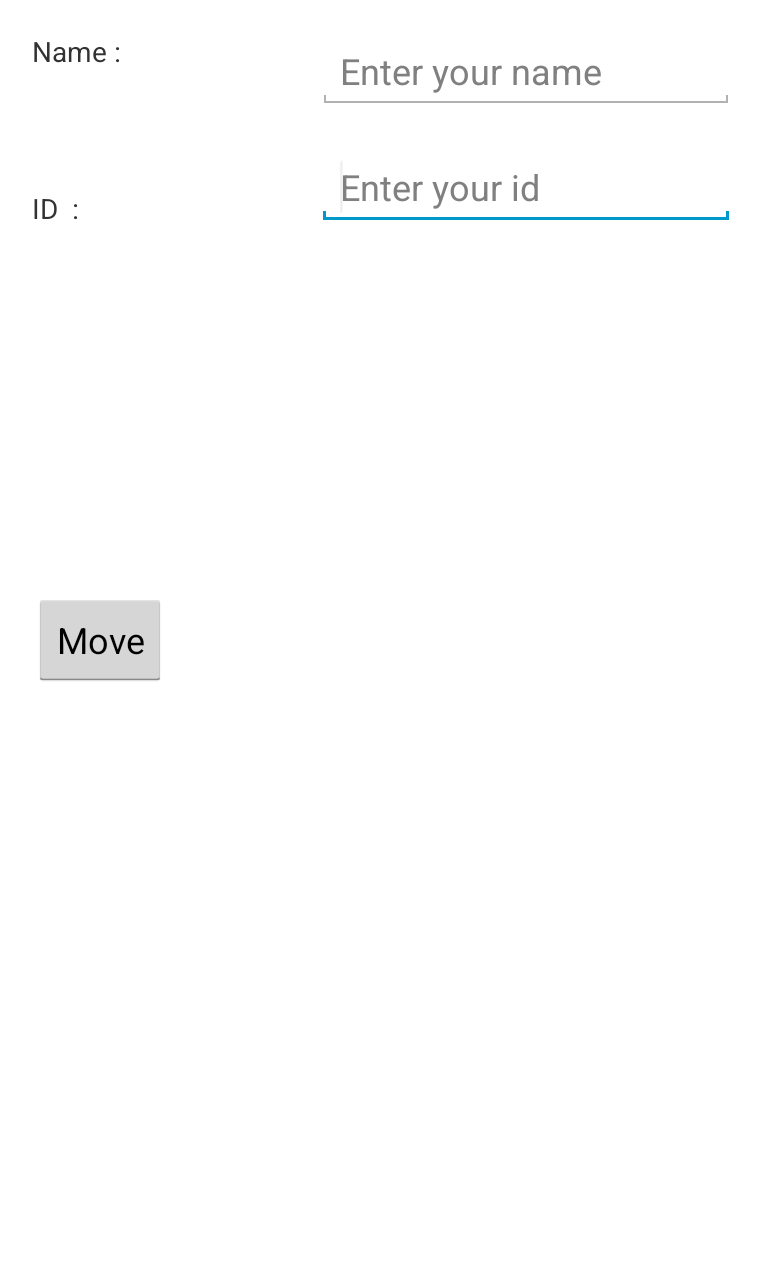
Repository: suzauddola/Android_Apps
Layout: Source/bundle/bandle/res/layout/first.xml
These files come from the project's save history. The layout is drawn as it stood at one moment and after the next save; the edit follows.
It is drawn on a 768 x 1280 px phone screen (xhdpi) without system bars, with theme AppTheme; the app's code is not run.

Above is the layout before, as saved 2013-09-05 02:11:12.

After the next save:
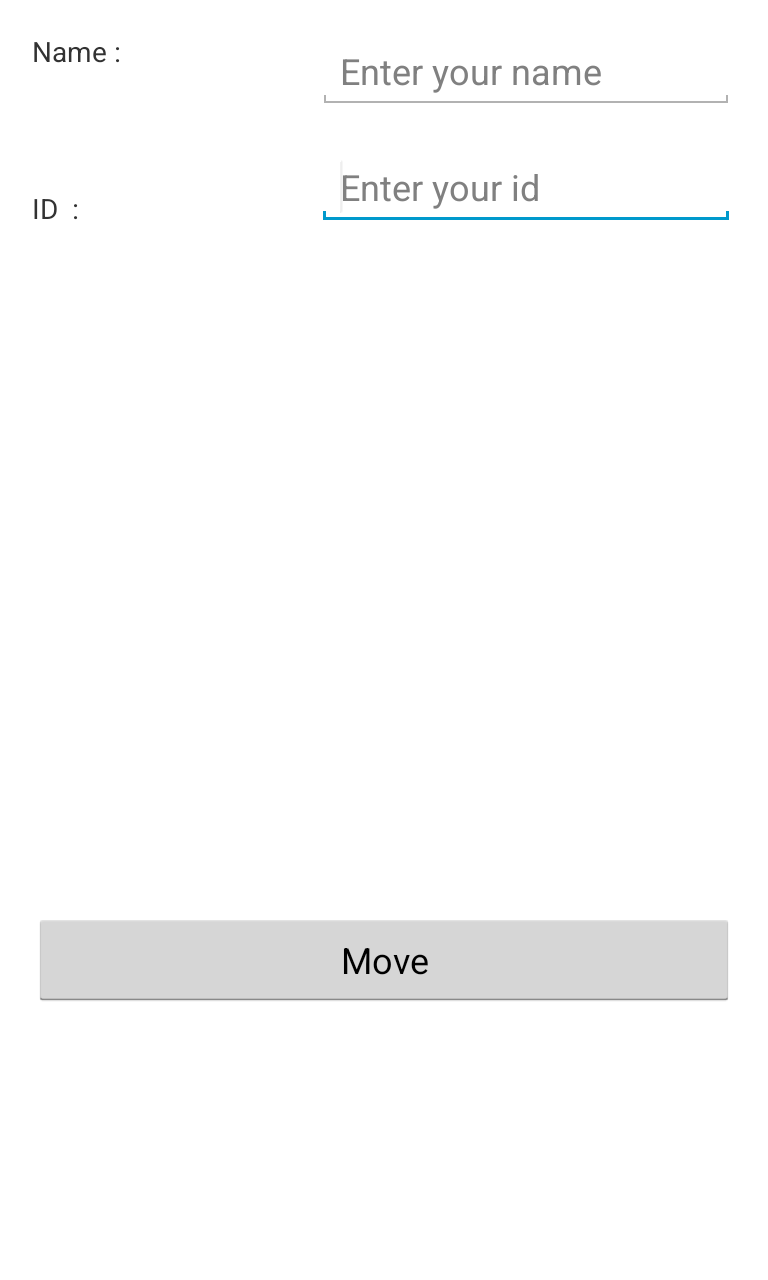
Saved 22 s later.
--- a/Source/bundle/bandle/res/layout/first.xml
+++ b/Source/bundle/bandle/res/layout/first.xml
@@ -23,13 +23,6 @@
         android:ems="10"
         android:hint="Enter your name"/>
 
-    <Button
-        android:id="@+id/button1"
-        android:layout_width="wrap_content"
-        android:layout_height="wrap_content"
-        android:layout_centerVertical="true"
-        android:text="Move" />
-
     <TextView
         android:id="@+id/tvID"
         android:layout_width="wrap_content"
@@ -51,4 +44,13 @@
         <requestFocus />
     </EditText>
 
+    <Button
+        android:id="@+id/button1"
+        android:layout_width="fill_parent"
+        android:layout_height="wrap_content"
+        android:layout_alignLeft="@+id/tvID"
+        android:layout_alignParentBottom="true"
+        android:layout_marginBottom="120dp"
+        android:text="Move" />
+
 </RelativeLayout>
